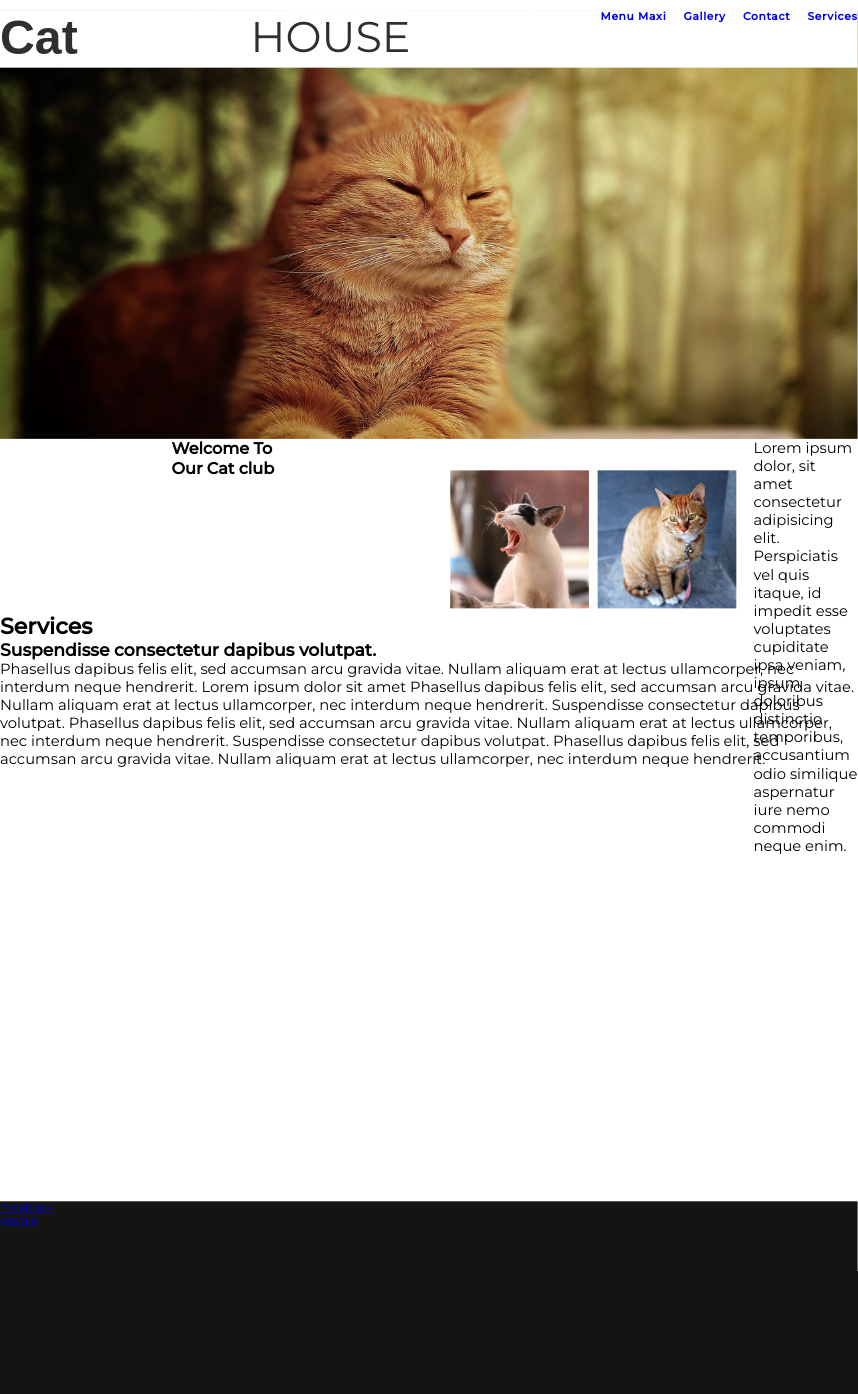
Repository: raul4264/final
Page: index.html
An editor plug-in stored every save of this project. The page is shown before and after the next save, followed by the edit.
The browser window is 1280 px wide. The pictures show the whole page, at 67% of full size.

Above is the page before, as saved 2021-03-18 11:48:36.

### index.html
<!DOCTYPE html>
<html lang="en">

<head>
    <meta charset="UTF-8" />
    <meta http-equiv="X-UA-Compatible" content="IE=edge" />
    <meta name="viewport" content="width=device-width, initial-scale=1.0" />
    <title>Cat House/Raul Novas</title>
    <link href="css/estilos.css" rel="stylesheet" type="text/css" />
</head>

<body>

    <header>
        <div class="banner">


            <nav>
                <span class="item1">Cat</span><span class="item2"> HOUSE</span>


                <ul class="flex-container">
                    <li class="item3"><a href="menu_maxi.html">Menu Maxi</a></li>
                    <li class="item4"><a href="Gallery.html">Gallery</a></li>
                    <li class="item5"><a href="Contact.html">Contact</a></li>
                    <li class="item6"><a href="Services.html ">Services</a></li>
                </ul>
            </nav>
        </div>

    </header>


    <main>
        <section>
            <div class="caja ">
                <h1>Welcome To Our Cat club</h1>

                <div class="container1 ">
                    <img src="images/2.jpg " alt="imagen2 " />
                </div>

                <div class="container2 ">
                    <img src="images/3.jpg " alt="imagen3 " />
                </div>

                <span class="container3 ">
                    Lorem ipsum dolor, sit amet consectetur adipisicing elit. Perspiciatis vel quis itaque, id impedit
                    esse voluptates cupiditate ipsa veniam, ipsum doloribus distinctio temporibus, accusantium odio
                    similique aspernatur iure nemo commodi neque enim.
                </span>
            </div>
        </section>
        <span>
            <h2>Services</h2>
            <h3>Suspendisse consectetur dapibus volutpat.</h3>
            <span>
                Phasellus dapibus felis elit, sed accumsan arcu gravida vitae. Nullam aliquam erat at lectus
                ullamcorper, nec interdum neque hendrerit.</span>
            Lorem ipsum dolor sit amet
            <span>Phasellus dapibus felis elit, sed accumsan arcu gravida vitae. Nullam aliquam erat at lectus
                ullamcorper,
                nec interdum neque hendrerit.</span>
            <span>Suspendisse consectetur dapibus volutpat.
                Phasellus dapibus felis elit, sed accumsan arcu gravida vitae. Nullam aliquam erat at lectus
                ullamcorper, nec interdum neque hendrerit.</span>
            <span>Suspendisse consectetur dapibus volutpat.
                Phasellus dapibus felis elit, sed accumsan arcu gravida vitae. Nullam aliquam erat at lectus
                ullamcorper, nec interdum neque hendrerit.</span>
            </section>
    </main>
    <footer>
        <ol>
            <li>
                <a href="http://www.facebook.com " target="blanck ">Facebook</a>
            </li>
            <li><a href="http://www.google.com " target="blanck ">google</a></li>
        </ol>
    </footer>





</body>

</html>

### css/estilos.css
@import url('https://fonts.googleapis.com/css2?family=Montserrat:wght@400;500&display=swap');
@import url('https://fonts.googleapis.com/css2?family=Montserrat:wght@400;500&family=Poppins:wght@300&display=swap');
* {
    font-family: 'Montserrat', sans-serif;
    margin: 0 auto;
    padding: 0;
}

.banner {
    background: url(../images/1.jpg) no-repeat 0px 0px;
    background-size: cover;
    padding: 0em 0 4em;
    height: 80vh;
}

nav {
    display: flex;
    flex-direction: row;
    justify-content: space-between;
    height: 12vh;
    background-color: #ffffff;
    margin-top: 15px;
}

nav ul {
    display: flex;
}

nav ul li {
    display: flex;
    list-style: none;
}

nav ul li a {
    text-decoration: none;
}


/*---------------------------------------------------------*/

.item1 {
    color: #2f2f2f;
    font-size: 4.5em;
    font-weight: 700;
    flex-grow: 2;
    font-family: 'Raleway', sans-serif;
}

.item2 {
    color: #2f2f2f;
    font-weight: 300;
    font-size: 4em;
    flex-grow: 2;
}

.item3 {
    color: #2f2f2f !important;
    font-size: 1em;

    text-decoration: none;
    margin-left: 2vw;

    font-weight: 600;
    font-family: 'Roboto Condensed', sans-serif;
    letter-spacing: 1px;
    flex-grow: 2;

}

.item4 {
    color: #2f2f2f !important;
    font-size: 1em;

    text-decoration: none;
    padding: 0;
    font-weight: 600;
    font-family: 'Roboto Condensed', sans-serif;
    letter-spacing: 1px;
    flex-grow: 2;
    margin-left: 2vw;
}

.item5 {
    color: #2f2f2f !important;
    font-size: 1em;
    margin: 0;
    text-decoration: none;

    font-weight: 600;
    font-family: 'Roboto Condensed', sans-serif;
    letter-spacing: 1px;
    flex-grow: 1;
    margin-left: 2vw;
}

.item6 {
    color: #2f2f2f !important;
    font-size: 1em;

    text-decoration: none;
    padding: 0;
    font-weight: 600;
    font-family: 'Roboto Condensed', sans-serif;
    letter-spacing: 1px;
    flex-grow: 1;
    margin-left: 2vw;
}

.imagen {
    width: 100vw;
    z-index: 100;
    position: absolute;
    display: flex;
}

.imagen img {
    background-repeat: no-repeat;
    background-size: cover;
    width: 100vw;
    z-index: 100;
    bottom: 130px;
}



.item7 {
    border: 1px solid black;
}
.caja {

    display: flex;
    height: 36vh;
    flex-direction: row;
}
h1 {
    margin-left: 20vw;
}
.container1 {
    width: 400px;
    height: 300px;
    margin-left: 20vw;
}
.container2 {
    width: 400px;
    height: 300px;
    margin-left: 1vw;
    margin-right: 2vw;
}
img {
    width: 100%;
    height: 100%;
    object-fit: contain;
}
.container3 {
    width: 300px;
    height: 300px;
}
span {
    font-size: 22px;
}
section #section {
    width: 100vw;
    height: 70vh;
    background-color: darkorange;
    position: absolute;
    top: 139vh;
}
section #section2 {
    width: 100vw;
    height: 70vh;
    background-color: rgb(245, 234, 220);
    position: absolute;
    top: 179vh;
}
footer {
    width: 100vw;
    height: 40vh;
    background-color: rgb(20, 20, 19);
    position: absolute;
    top: 249vh;
}

/*entrega*/

After the next save:
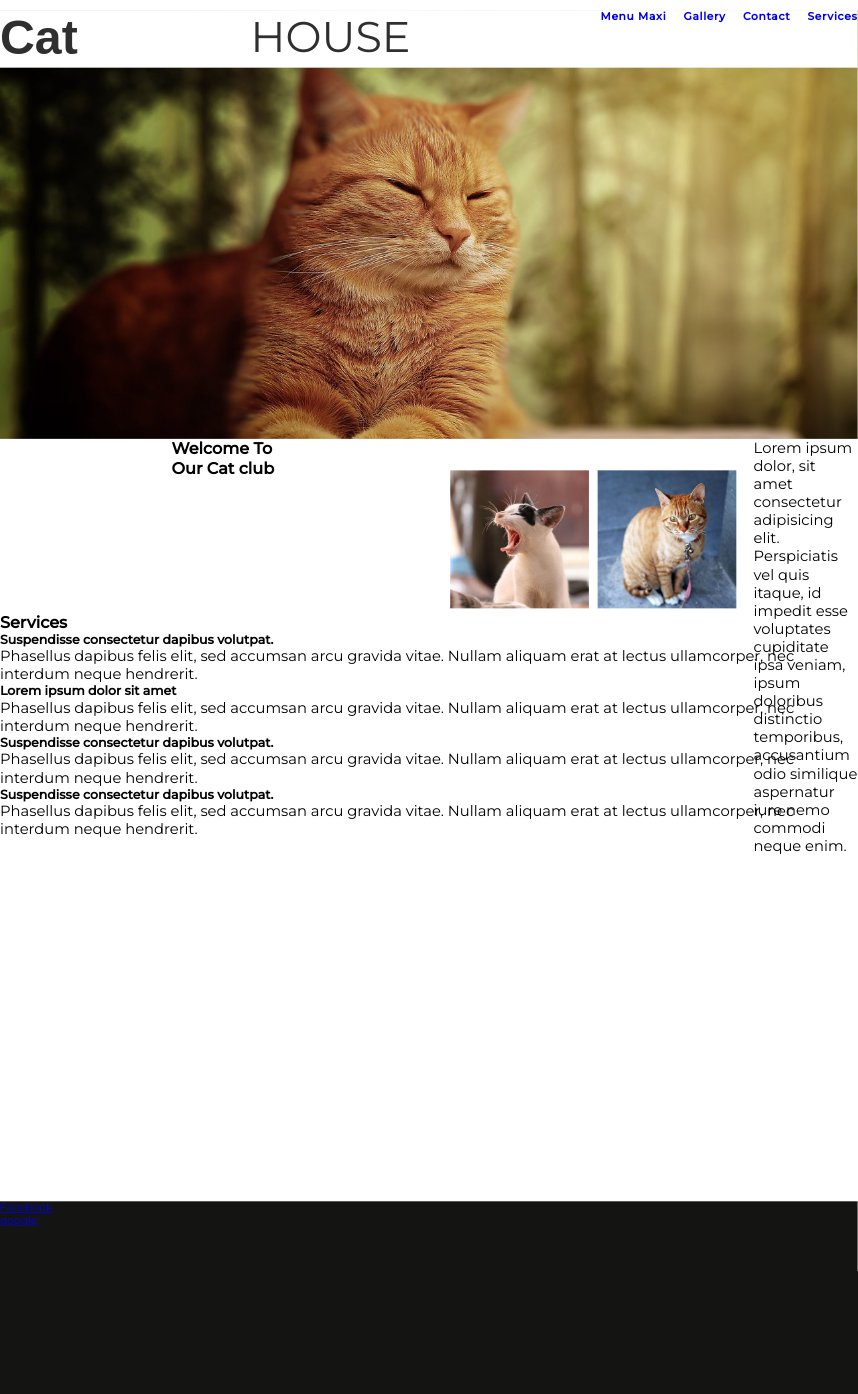
Saved 10 min 15 s later.
--- a/index.html
+++ b/index.html
@@ -51,20 +51,22 @@
                 </span>
             </div>
         </section>
-        <span>
+        <h3>
             <h2>Services</h2>
             <h3>Suspendisse consectetur dapibus volutpat.</h3>
             <span>
                 Phasellus dapibus felis elit, sed accumsan arcu gravida vitae. Nullam aliquam erat at lectus
                 ullamcorper, nec interdum neque hendrerit.</span>
-            Lorem ipsum dolor sit amet
+            <h3>Lorem ipsum dolor sit amet</h3>
             <span>Phasellus dapibus felis elit, sed accumsan arcu gravida vitae. Nullam aliquam erat at lectus
                 ullamcorper,
                 nec interdum neque hendrerit.</span>
-            <span>Suspendisse consectetur dapibus volutpat.
+                <h3>Suspendisse consectetur dapibus volutpat.</h3>
+            <span>
                 Phasellus dapibus felis elit, sed accumsan arcu gravida vitae. Nullam aliquam erat at lectus
                 ullamcorper, nec interdum neque hendrerit.</span>
-            <span>Suspendisse consectetur dapibus volutpat.
+                <h3>Suspendisse consectetur dapibus volutpat.</h3>
+            <span>
                 Phasellus dapibus felis elit, sed accumsan arcu gravida vitae. Nullam aliquam erat at lectus
                 ullamcorper, nec interdum neque hendrerit.</span>
             </section>
